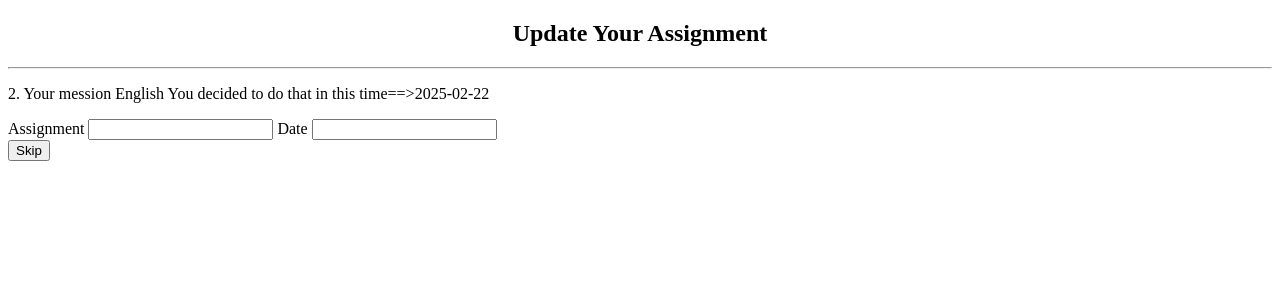
Repository: marawan200311-dev/To-Do-List-
Page: http://localhost/update_page
An editor plug-in stored every save of this project. The page is shown before and after the next save, followed by the edit.
The browser window is 1280 px wide. The pictures show the whole page.
The page is served by the project's application, run on Flask 3 (app.py). The page reads the database file committed with the project.

Above is the page before, as saved 2025-11-22 04:06:10.
Console error: TypeError: Cannot read properties of null (reading 'addEventListener')

### templates/update.html
{%extends 'base.html'%}
{%block head%}
<title>update page</title>
{%endblock%}
{%block body%}
<h2 class="logo_of_update">Update Your Assignment</h2>
<hr>
<div>
  {% if data %}
    {% for item in data %}
        <p>{{ item }}</p>
    {% endfor %}
{% else %}
    <p>You haven't added anything yet to updata :)!</p>
{% endif %}
</div>
<form action="/update_new_assignment" method="POST">
    <input type="hidden" name="id" value="{{id}}">
    <label for="assignment">Assignment</label>
    <input type="text" name="assignment" value="{{assignment}}" id="assignment">
    <label for="date">Date</label>
    <input type="text">

</form>
<button class="Skip_update">Skip</button>
{%endblock%}

### templates/base.html
<!DOCTYPE html>
<html lang="en">
  <head>
    <meta charset="UTF-8">
    <meta name="viewport" content="width=device-width, initial-scale=1.0">
    <link
      rel="stylesheet"
      href="{{url_for('static', filename='css/style.css')}}"
    />

    {%block head %}{%endblock%}
  </head>
  <body>
    {%block body %} {%endblock%}
    <script src="{{url_for('static',filename='js/main.js')}}"></script>
  </body>
</html>

### app.py
from flask import Flask, render_template ,url_for,request,redirect
import sqlite3
import os
db_py=os.path.join(os.path.dirname(__file__),'instance', 'data.db')
from instance.databas import initialise_data, add_data, show_up,delete,update




app= Flask(__name__)
@app.route('/')
def index():
  return render_template('index.html')
#_____________ADD_______________
@app.route('/add_page')
def add_page():
    return render_template('add.html')

@app.route('/add_assignment' ,methods=['POST'])
def assignment ():
   assignment=request.form['assignment']
   date= request.form['date']
   add_data(assignment,date)
   return render_template('add.html')

@app.route('/skip')
def skip ():
   return redirect('/')
#__________________________________

#_____________DELETE______________
@app.route('/delete_page')
def delete_page():
    data=show_up()
    return render_template('delete.html', schedule=data)

@app.route("/delet_form" , methods=['POST'])
def delete_mission():
    id_of_mission=int(request.form['number'])
    delete(id_of_mission)
    data=show_up()
    return render_template('delete.html',schedule=data)

@app.route('/skip_delete')
def skip_delete():
   return redirect('/')

#___________________________________________

#__________UPDATE_____________________
@app.route('/update_page')
def update_index():
    data=show_up()
    return render_template('update.html',data=show_up())
@app.route('/update_new_assignment' , methods=['POST'])
def update_data():
    id  = request.form['id']
    new_assignment = request.form.get('assignment')
    new_date =  request.form.get('date')
    update(id,new_assignment,new_date)
    return render_template('updat.html')
@app.route('/skip_update')
def skip_button():
    return redirect('/')
#__________________________________________

#________SHOW_________________
@app.route('/show_page')
def show_page():
    data=show_up()
    return render_template('show.html', schedule=data)
@app.route('/skip_show')
def skip_show():
    return redirect('/')


if __name__=="__main__":
      app.run(debug=True)

### instance/databas.py
import sqlite3
import os

def initialise_data():
  connect = sqlite3.connect('data.db')
  cursor= connect.cursor()

  cursor.execute('''
  CREATE TABLE IF NOT EXISTS user_assignment( id INTEGER PRIMARY KEY AUTOINCREMENT,
  assignment TEXT NOT NULL ,
date TEXT )
''')





def add_data(assignment,date):
   connect = sqlite3.connect('data.db')
   cursor= connect.cursor()
   cursor.execute('INSERT INTO user_assignment (assignment,date) VALUES(?,?)', (assignment,date))
   connect.commit()
   connect.close()

def show_up():
  connect = sqlite3.connect('data.db')
  cursor= connect.cursor()

  cursor.execute('SELECT * FROM user_assignment')
  all_date = cursor.fetchall()

  schedule=[]
  for data in all_date:
    schedule.append(f'{data[0]}. Your mession {data[1]} You decided to do that in this time==>{data[2]}')
  if len(schedule)==0 :
    print('The user does not add anything :)')
  return schedule


def delete (assignmentNumber):
  connect = sqlite3.connect('data.db')
  cursor= connect.cursor()

  cursor.execute('SELECT * FROM user_assignment WHERE id=?', (assignmentNumber,))
  row= cursor.fetchone()
  if row is None:
   return f"This {row} doesn't valid "
  cursor.execute('DELETE FROM user_assignment WHERE id = ? ', (assignmentNumber,))
  connect.commit()
  connect.close()
  return True

def update(id,assignment,date):
  connect = sqlite3.connect('data.db')
  cursor= connect.cursor()
  cursor.execute('''UPDATE user_assignment SET assignment=?, date=?, WHERE id=?''',(id,assignment,date))
  connect.commit()
  connect.close()













initialise_data()

### static/css/style.css
.h1{
  text-align: center;
  border-bottom: 2px solid black;
}

#text_add {
   display: inline;
}
#text_update{
  display: inline;
}

#text_show{
  display: inline;
}
#text_delete{
  display: inline;
}
.Show{
  text-align: center;

}
.Delete_logo{
  text-align: center;
}
.logo_of_update{
  text-align: center;
}

### static/js/main.js
document.addEventListener('DOMContentLoaded', () => {
    const skipButton = document.querySelector('.Skip');
    if(skipButton){
        skipButton.addEventListener('click', () => {
            window.location = '/skip';
        });
    }
});

const skip_showButton=document.querySelector('.Skip_Show');
if(skip_showButton){
    skip_showButton.addEventListener('click',()=>{
        window.location ='/skip_show';
    });
}

const skip_deleteButton=document.querySelector('.Skip_delete')
if(skip_deleteButton){
    skip_deleteButton.addEventListener('click',()=>{
        window.location ='/skip_delete'
    });
}


const addButton = document.querySelector('.Add');


addButton.addEventListener('click', () => {

    window.open('/add_page', '_blank');
});



addButton.addEventListener('click', () => {

    window.open('/add_page', '_blank');
});



const deletButton= document.querySelector('.Delete');

deletButton.addEventListener('click' , () => {
window.open('/delete_page','_blank')
});





const ubdateButton = document.querySelector('.Update')
ubdateButton.addEventListener('click', ()=> {
window.open('/update_page','_blank')

});








const showButton = document.querySelector('.Show')
showButton.addEventListener('click',()=>{
window.open('/show_page','_blank')
});

### data.db (the tables this page reads, as SQL)
CREATE TABLE user_assignment( id INTEGER PRIMARY KEY AUTOINCREMENT,
  assignment TEXT NOT NULL ,
date TEXT );
INSERT INTO "user_assignment" VALUES
(2, 'English', '2025-02-22');

After the next save:
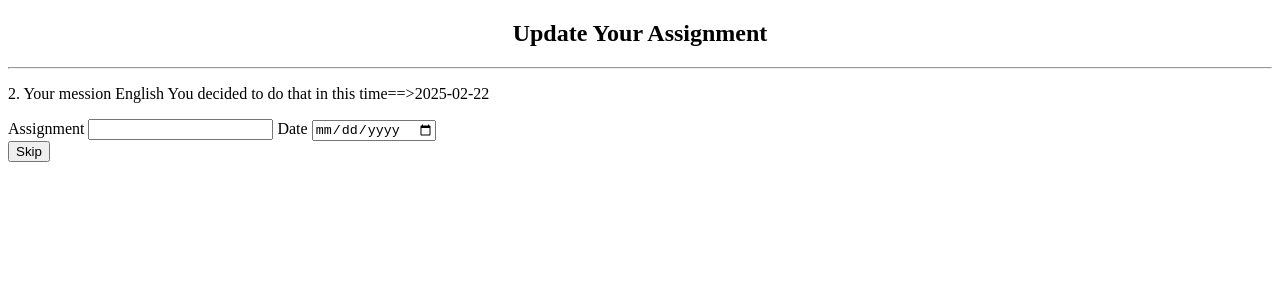
Saved 15 s later.
--- a/templates/update.html
+++ b/templates/update.html
@@ -19,7 +19,7 @@
     <label for="assignment">Assignment</label>
     <input type="text" name="assignment" value="{{assignment}}" id="assignment">
     <label for="date">Date</label>
-    <input type="text">
+    <input type="date" >
 
 </form>
 <button class="Skip_update">Skip</button>
